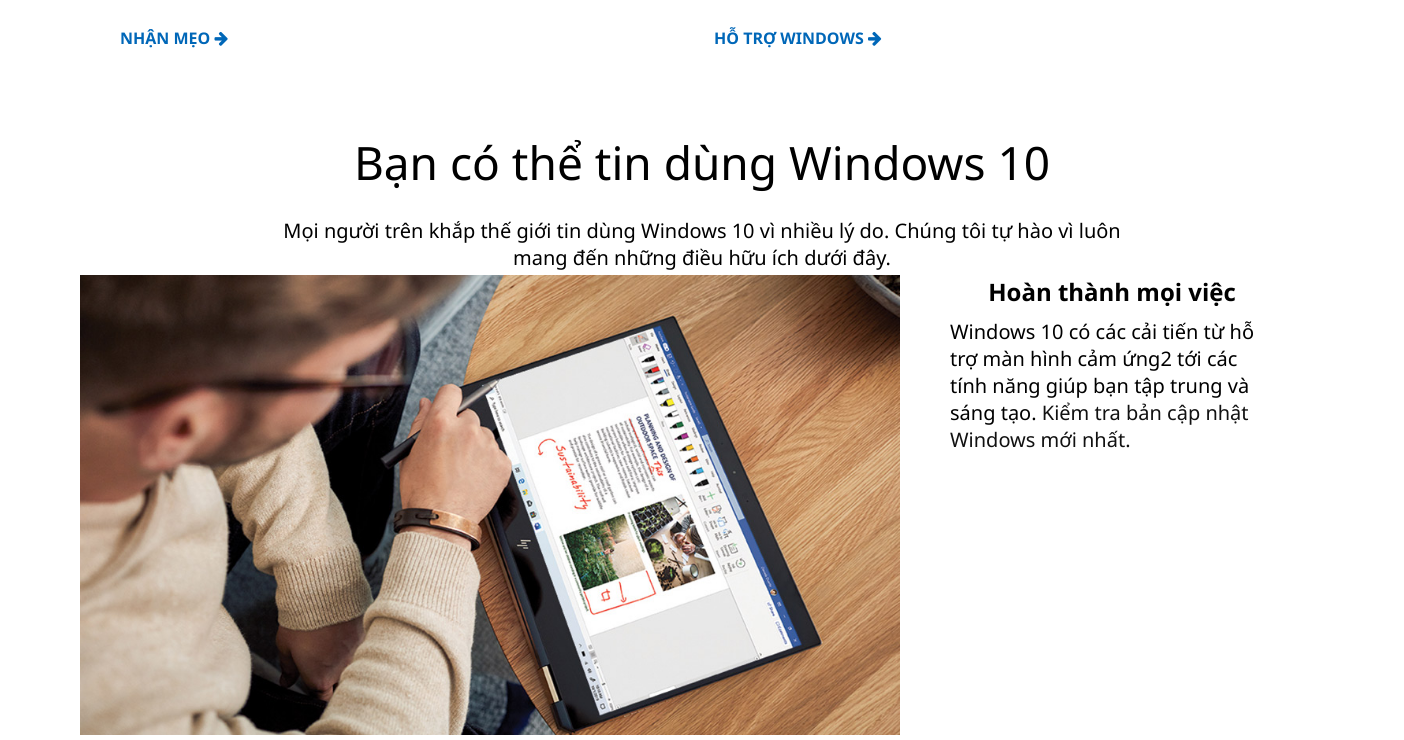
Repository: hoangphuong965/clone-Microsoft---practice
Page: index.html
An editor plug-in stored every save of this project. The page is shown before and after the next save, followed by the edit.
The browser window is 1280 px wide. The page is 1404 px wide, so the pictures cover 1404 px, including what lies to the right of the window. The pictures show the part of the page from y = 1335 to 2175 px (the page is 2075 px tall before and 2175 px after).

Above is the page before, as saved 2020-06-10 20:59:12.

### index.html
<!DOCTYPE html>
<html lang="en">

<head>
    <meta charset="UTF-8">
    <meta name="viewport" content="width=device-width, initial-scale=1.0">
    <link rel="stylesheet" href="https://maxcdn.bootstrapcdn.com/font-awesome/4.7.0/css/font-awesome.min.css">
    <link rel="stylesheet" href="style.css">
    <title>Khám phá HĐH Windows 10 | Microsoft</title>
</head>

<body>
    <!-- <div class="menu-btn">
        <i class="fa fa-bars" aria-hidden="true"></i>
    </div> -->
    <div class="container">

        <!-- navigation -->
        <nav class="navigation">
            <div class="navigation-left">
                <ul>
                    <div class="logo">
                        <img src="img/logo.png" alt="">
                    </div>
                    <div class="navigation-left-item">
                        <li><a href="">Windows</a></li>
                        <li class="win10">
                            <a href="">Windows 10</a>
                            <i class="fa fa-arrow-down" aria-hidden="true"></i>
                        </li>
                        <li><a href="">Ứng dụng</a></li>
                        <li><a href="">Trò chơi</a></li>
                        <li>
                            <a href="">Thêm</a>
                            <i class="fa fa-arrow-down" aria-hidden="true"></i>
                        </li>
                        <li class="buy">
                            <a href="" id="buy-win">MUA WINDOWS 10</a>
                        </li>
                    </div>
                </ul>
            </div>
            <div class="navigation-right">
                <ul>
                    <div class="navigation-right-item">
                        <li>
                            <a href="">Tất cả Microsoft</a>
                            <i class="fa fa-arrow-down" aria-hidden="true"></i>
                        </li>
                        <li>
                            <a href="">Tìm kiếm</a>
                            <i class="fa fa-search" aria-hidden="true"></i>
                        </li>
                        <li>
                            <a href="">Giỏ hàng</a>
                            <i class="fa fa-shopping-cart" aria-hidden="true"></i>
                        </li>
                        <li>
                            <a href="">Đăng nhập</a>
                            <i class="fa fa-sign-in" aria-hidden="true"></i>
                        </li>
                    </div>
                </ul>
            </div>
        </nav>
        <!-- Showcase -->
        <header class="showcase">
            <div class="showcase-text">
                <h1>Ý tưởng của bạn, Windows của bạn</h1>
                <p>Thỏa sức sáng tạo với công việc và tầm nhìn của bạn. Với Windows 10, bạn có thể làm nên những điều
                    tuyệt vời.</p>
            </div>
        </header>
        <!-- support -->
        <div class="support">
            <div class="using">
                <section class="using-img">
                    <img src="img/h1.jpg" alt="">
                </section>
                <section class="using-text">
                    <span>
                        <h1>Cách sử dụng Windows 10</h1>
                    </span>
                    <span>
                        <p>Dù bạn phải điều chỉnh lịch biểu hoặc phong cách làm việc của mình, Windows 10 đều có các
                            công cụ và tính năng để giúp bạn hoàn thành mọi việc.</p>
                    </span>
                    <span class="link">
                        <a href="#">NHẬN MẸO <i class="fa fa-arrow-right" aria-hidden="true"></i></a>
                    </span>
                </section>
            </div>
            <div class="request">
                <section class="request-img">
                    <img src="img/h2.jpg" alt="">
                </section>
                <section class="request-text">
                    <span>
                        <h1>Yêu cầu hỗ trợ</h1>
                    </span>
                    <span>
                        <p>Bạn cần hỗ trợ về Windows 10? Duyệt xem các câu hỏi thường gặp và diễn đàn hoặc liên hệ với
                            bộ
                            phận hỗ trợ khách hàng qua điện thoại hoặc tính năng trò chuyện. Yêu cầu hỗ trợ để giải
                            quyết
                            vấn đề nhanh chóng.</p>
                    </span>
                    <span class="link">
                        <a href="#">HỖ TRỢ WINDOWS <i class="fa fa-arrow-right" aria-hidden="true"></i></a>
                    </span>
                </section>
            </div>
        </div>
        <!-- feature -->
        <div class="feature">
            <div class="feature-text">
                <section>
                    <h1>Bạn có thể tin dùng Windows 10</h1>
                </section>
                <section>
                    <p>Mọi người trên khắp thế giới tin dùng Windows 10 vì nhiều lý do. Chúng tôi tự hào vì luôn mang đến những điều hữu ích dưới đây.</p>
                </section>
            </div>
            <div class="feature-1">
                <section class="feature-img-left">
                    <img src="img/h3.jpg" alt="">
                </section>
                <section class="feature-text-right">
                    <span>
                        <h2>Hoàn thành mọi việc</h2>
                    </span>
                    <span>
                        <p>Windows 10 có các cải tiến từ hỗ trợ màn hình cảm ứng2 tới các tính năng giúp bạn tập trung và sáng tạo. <a href="">Kiểm tra bản cập nhật Windows mới nhất.</a>
                        </p>
                    </span>
                </section>
            </div>
            <div class="feature-2"></div>
            <div class="feature-3"></div>
        </div>

    </div>

</body>

</html>

### style.css
* {
  margin: 0;
  padding: 0;
  box-sizing: border-box;
  font-family: "Segoe UI", SegoeUI, "Helvetica Neue", Helvetica, Arial,
    sans-serif;
}

.container {
  margin: auto;
  width: 1404px;
}

a {
  text-decoration: none;
  color: #111111;
  padding-bottom: 2px;
}
a:hover {
  border-bottom: 2px solid black;
}
/* navigation */
.navigation {
  display: flex;
  justify-content: space-between;
  margin: auto;
  width: 1250px;
  font-size: 15px;
}
.logo img {
  margin-top: 1.4rem;
  max-width: none;
  width: 108px;
}
.navigation-right-item,
.navigation-left-item {
  display: flex;
  margin: 1rem;
}
.navigation-right-item li,
.navigation-left-item li {
  list-style: none;
  margin: 10px;
}
.navigation-right ul,
.navigation-left ul {
  display: flex;
}
.win10 {
  margin-top: 5px !important;
}
.win10::before {
  content: "|";
  margin-right: 10px;
  font-weight: bold;
  font-size: 20px;
}
.buy {
  border: 1px solid;
  border-radius: 3px;
  height: 31px;
  padding: 6px;
  margin-top: 0px !important;
  font-weight: 600;
}
#buy-win:hover {
  text-decoration: underline !important;
  border-bottom: none;
}

/* showcase */
.showcase {
  position: relative;
  width: 100%;
  height: 712px;
  background: url(img/banner1.jpg) no-repeat center center/cover;
}
.showcase-text {
  position: absolute;
  width: 25rem;
  left: 60%;
  top: 40%;
}
.showcase-text h1 {
  font-size: 40px;
  line-height: 56px;
  padding: 37px 0 3px;
  font-weight: normal;
  font-family: "Trebuchet MS", "Lucida Sans Unicode", "Lucida Grande",
    "Lucida Sans", Arial, sans-serif;
}
.showcase-text p {
  font-size: 20px;
  line-height: 24px;
  font-family: "Times New Roman", Times, serif;
}

/* support */
.support {
  display: grid;
  grid-template-columns: auto auto;
  grid-gap: 24px;
  padding: 3rem 120px;
}

.using-img img,
.request-img img {
  width: 570px;
  height: 321px;
}

.using-text,
.request-text {
  padding-top: 1.2rem;
}

.using-text p,
.request-text p {
  padding: 2rem 0;
}

.link a {
  color: #0067b8;
  font-weight: 700;
}
.link a:hover {
  text-decoration: underline;
  border-bottom: none;
}

/* feature */
.feature {
  text-align: center;
  padding: 0rem 5rem ;
}
.feature h1 {
  font-size: 46px;
  font-weight: 200;
  line-height: 56px;
  padding: 37px 0 3px;
}
.feature p {
  padding: 24px 12rem 4px;
  font-weight: 200;
  font-size: 20px;
}

.feature-1{
  display: grid;
  grid-template-columns: auto auto;
}
.feature-1 img{
  width: 820px;
  height: 460px;
}
.feature-text-right{
  position: relative;
}
.feature-text-right p{
  padding: 10px 50px;
  text-align: left;
}

After the next save:
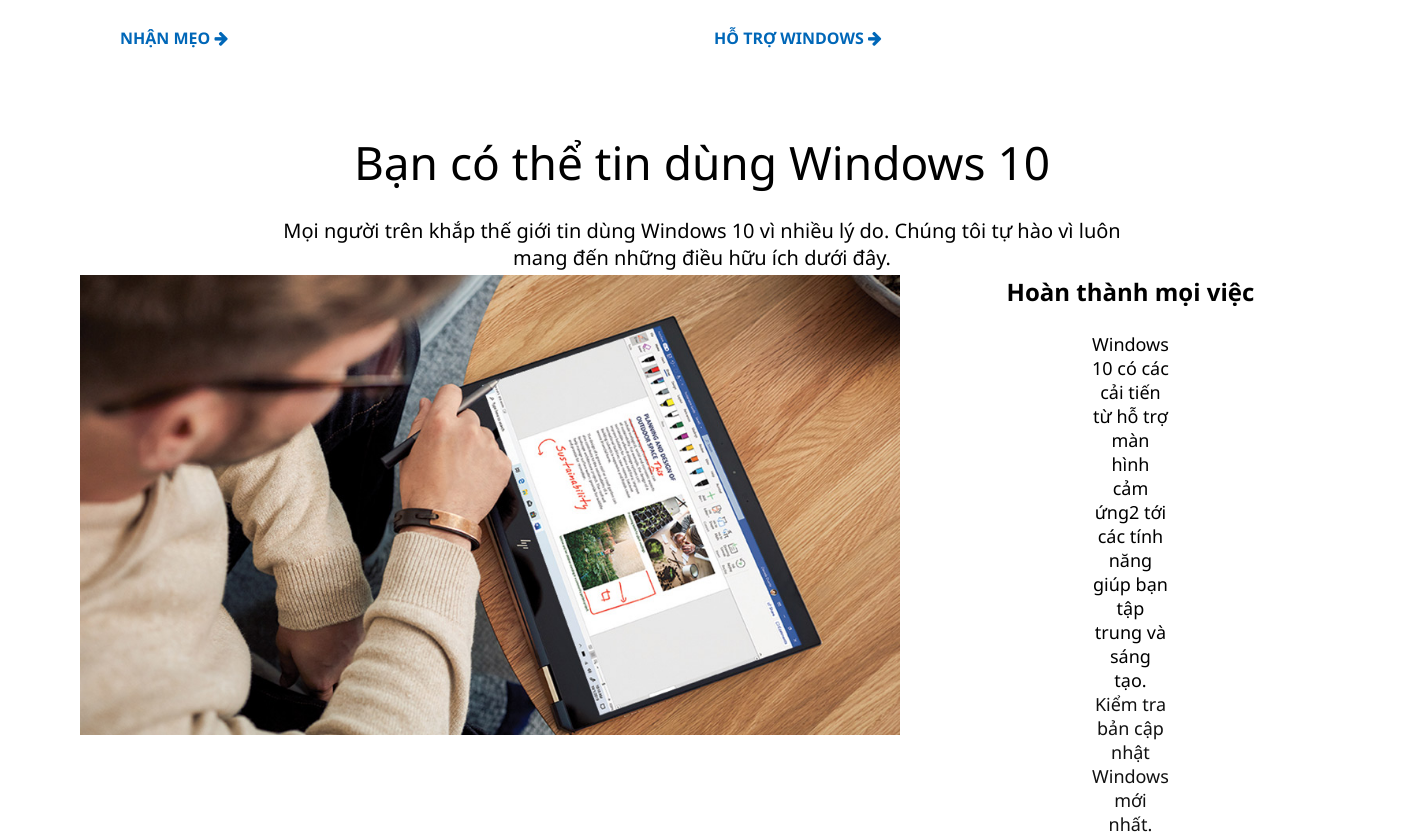
Saved 2 min 19 s later.
--- a/style.css
+++ b/style.css
@@ -157,6 +157,7 @@
   position: relative;
 }
 .feature-text-right p{
-  padding: 10px 50px;
-  text-align: left;
+  font-size: 18px;
+    line-height: 24px;
+    font-weight: 200;
 }
